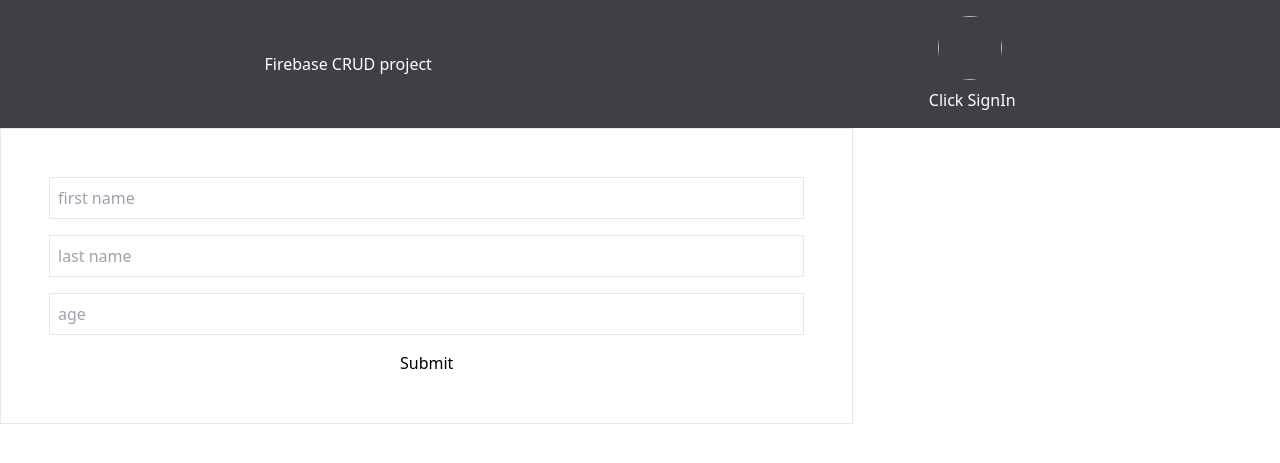
Repository: Semanmernstack/firebase-crud
Page: /
The author's editor kept a copy of each file at every save. The page is drawn from the files as they stood at one save, then again after the next save.
The browser window is 1280 px wide. The pictures show the whole page.
The project was rebuilt for these pictures with package versions that can differ from the ones it lists, and the page was loaded fresh each time.

Above is the page before, as saved 2023-03-17 02:07:23.

### src/index.css
body {
  margin: 0;

}

@tailwind base;
@tailwind components;
@tailwind utilities;

### src/App.js



import Body from "./components/Body";
import Header from "./components/Header";





function App() {

  return (
    <div className="">
      <Header/>
      <Body/>
    </div>
  );
}

export default App;

### src/components/Body.js
import React from 'react'
import { useForm } from 'react-hook-form';

function Body() {
    const {
        register,
        handleSubmit,
        formState: { errors },
    } = useForm();
    const onSubmit = data => console.log(data);
  return (
    <div className="p-8 text-black flex flex-col w-2/3 border ">
        <form className='flex flex-col p-4 gap-4 items-center justify-center text-center' onSubmit={handleSubmit(onSubmit)}>
            <input className="w-full p-2 border "  placeholder='first name'  {...register('firstName')} />
            <input className="w-full p-2 border "  placeholder='last name' {...register('lastName', { required: true })} />
            {errors.lastName && <p>Last name is required.</p>}
            <input className="w-full p-2 border "  placeholder='age' {...register('age', { pattern: /\d+/ })} />
            {errors.age && <p>Please enter number for age.</p>}
            <input type="submit" />
        </form>

    </div>
  )
}

export default Body

### src/components/Header.js


import Login from "./Login"


function Header() {
  const [user, setUser] = ("")


  return (
    <nav className="flex items-center justify-around bg-zinc-700 text-white p-4">
        <div>
            <h1> Firebase CRUD project</h1>
        </div>
        <Login/>

    </nav>


  )
}

export default Header

### src/components/Login.js
import { onAuthStateChanged, signInWithPopup } from 'firebase/auth'
import React, { useEffect, useState } from 'react'
import { auth, provider } from '../firebase.'


function Login() {
    const [user, setUser] = useState("")
    useEffect(() => {

        onAuthStateChanged(auth, (user) => {
            console.log(user)
          if (user) {
            setUser(user)
          }
        })

      }, [])





    const signIn = () => {
       try {
            signInWithPopup(auth, provider)
       }
       catch (error) {
            alert(error.message)
       }
    }
  return (
    <div className="flex flex-col items-center gap-2">
        <div className="flex gap-1 items-center">
            <img className='rounded-full h-16 w-16' src={user.photoURL} alt="" />
            <h1>{user?.displayName}</h1>
        </div>
        <div>
            <button onClick={signIn} >Click SignIn</button>
        </div>



    </div>
  )
}

export default Login

### src/firebase..js
import { initializeApp } from "firebase/app";
import { getAuth, GoogleAuthProvider } from "firebase/auth";
import { getFirestore } from "firebase/firestore";
// TODO: Add SDKs for Firebase products that you want to use
// https://firebase.google.com/docs/web/setup#available-libraries

// Your web app's Firebase configuration
const firebaseConfig = {
  apiKey: "AIzaSyBgS0aivKoq6PRjPIzLlCpHxI0D8M1DMtw",
  authDomain: "school-81c7d.firebaseapp.com",
  projectId: "school-81c7d",
  storageBucket: "school-81c7d.appspot.com",
  messagingSenderId: "524069258489",
  appId: "1:524069258489:web:11c09d32a06e9a8b970e28"
};

// Initialize Firebase
const app = initializeApp(firebaseConfig);
const auth = getAuth(app);
const provider = new GoogleAuthProvider();

export { auth, provider }

Loaded but not shown: public/index.html (common file); src/index.js (common file); src/reportWebVitals.js (common file); tailwind.config.js (common file)

After the next save:
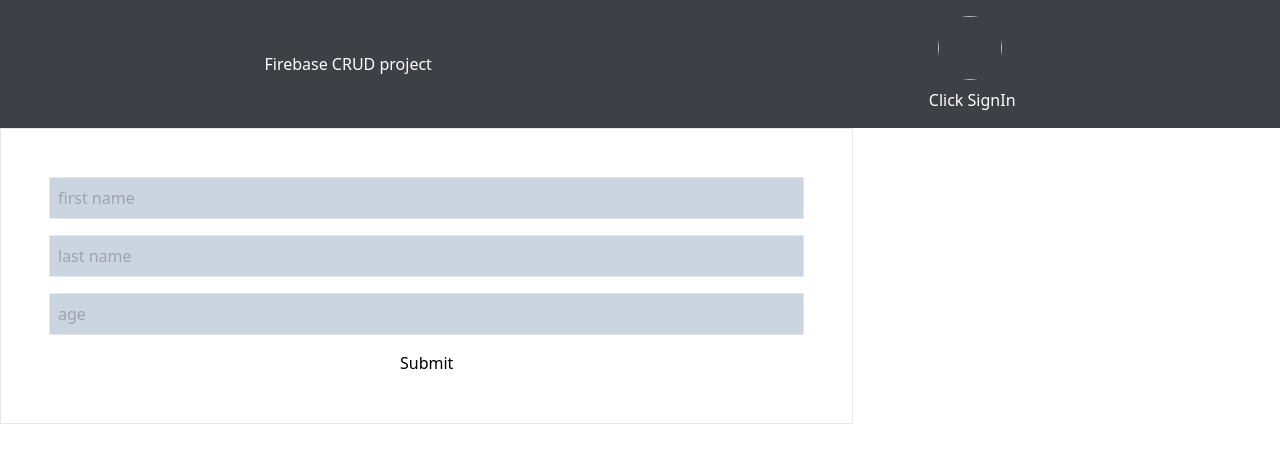
Saved 2 min 2 s later.
--- a/src/components/Body.js
+++ b/src/components/Body.js
@@ -11,10 +11,10 @@ function Body() {
   return (
     <div className="p-8 text-black flex flex-col w-2/3 border ">
         <form className='flex flex-col p-4 gap-4 items-center justify-center text-center' onSubmit={handleSubmit(onSubmit)}>
-            <input className="w-full p-2 border "  placeholder='first name'  {...register('firstName')} />
-            <input className="w-full p-2 border "  placeholder='last name' {...register('lastName', { required: true })} />
+            <input className="w-full p-2 border outline-none bg-slate-300 text black "  placeholder='first name'  {...register('firstName')} />
+            <input className="w-full p-2 border outline-none bg-slate-300 text black "  placeholder='last name' {...register('lastName', { required: true })} />
             {errors.lastName && <p>Last name is required.</p>}
-            <input className="w-full p-2 border "  placeholder='age' {...register('age', { pattern: /\d+/ })} />
+            <input className="w-full p-2 border outline-none bg-slate-300 text black "  placeholder='age' {...register('age', { pattern: /\d+/ })} />
             {errors.age && <p>Please enter number for age.</p>}
             <input type="submit" />
         </form>
